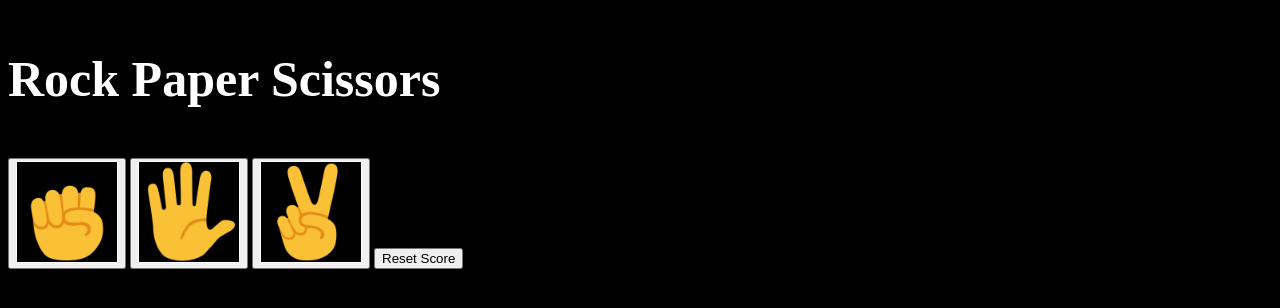
Repository: pgyunknown/Rock_paper_scissors-
Page: index.html
An editor plug-in stored every save of this project. The page is shown before and after a run of saves, followed by the edit.
The browser window is 1280 px wide. The pictures show the whole page.

Above is the page before, as saved 2024-08-30 17:02:24.

### index.html

<!DOCTYPE html>
<html>
  <head>
    <title>Rock Paper Scissors</title>
    <link rel="stylesheet" href="index.css">
  </head>
  <body>
    <p class="title">Rock Paper Scissors</p>
    <button onclick="
      playGame('rock');
    "><img src="images/rock-emoji.png" alt=""></button>

    <button onclick="
      playGame('paper');
    "><img src="images/paper-emoji.png" alt=""></button>

    <button onclick="
      playGame('scissors');
    "><img src="images/scissors-emoji.png" alt=""></button>

    <button onclick="
      score.wins = 0;
      score.losses = 0;
      score.ties = 0;
      localStorage.removeItem('score');
    ">Reset Score</button>

    <script src="index.js">

    </script>
  </body>
</html>

### index.css
body{
  background-color: black;
  color: white;
}
.title{
  font-size: 50px;
  font-weight: bold;
}

button img{
  height: 100px;
  width: 100px;
  background-color: black;
  border: 1px solid white;
}

### index.js
      let score = JSON.parse(localStorage.getItem('score')) || {
        wins: 0,
        losses: 0,
        ties: 0
      };

      function pickComputerMove() {
        const randomNumber = Math.random();

        let computerMove = '';

        if (randomNumber >= 0 && randomNumber < 1 / 3) {
          computerMove = 'rock';
        } else if (randomNumber >= 1 / 3 && randomNumber < 2 / 3) {
          computerMove = 'paper';
        } else if (randomNumber >= 2 / 3 && randomNumber < 1) {
          computerMove = 'scissors';
      }

        return computerMove;
      }
      function playGame(playerMove) {
        const computerMove = pickComputerMove();

        let result = '';

        if (playerMove === 'scissors') {
          if (computerMove === 'rock') {
            result = 'You lose.';
          } else if (computerMove === 'paper') {
            result = 'You win.';
          } else if (computerMove === 'scissors') {
            result = 'Tie.';
          }

        } else if (playerMove === 'paper') {
          if (computerMove === 'rock') {
            result = 'You win.';
          } else if (computerMove === 'paper') {
            result = 'Tie.';
          } else if (computerMove === 'scissors') {
            result = 'You lose.';
          }

        } else if (playerMove === 'rock') {
          if (computerMove === 'rock') {
            result = 'Tie.';
          } else if (computerMove === 'paper') {
            result = 'You lose.';
          } else if (computerMove === 'scissors') {
            result = 'You win.';
          }
        }

        if (result === 'You win.') {
          score.wins += 1;
        } else if (result === 'You lose.') {
          score.losses += 1;
        } else if (result === 'Tie.') {
          score.ties += 1;
        }

        localStorage.setItem('score', JSON.stringify(score));

        alert(`You picked ${playerMove}. Computer picked ${computerMove}. ${result}
Wins: ${score.wins}, Losses: ${score.losses}, Ties: ${score.ties}`);
      }

After the next 3 saves:
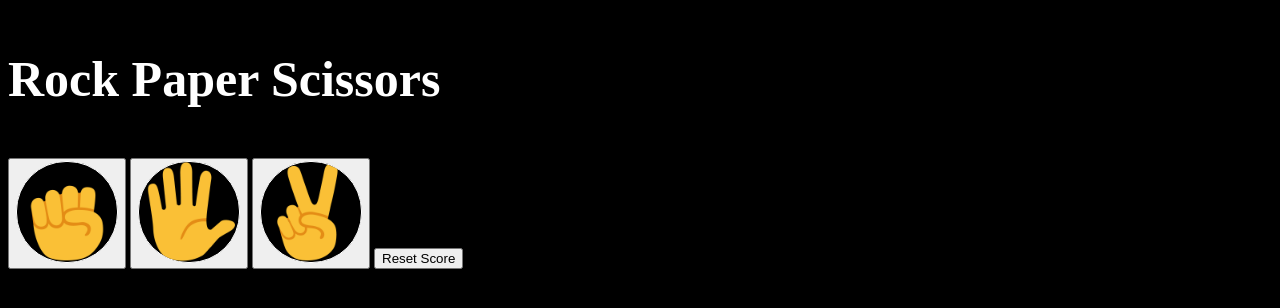
The 3 saves are shown as one change because they came seconds apart.
The last was saved 9 s later.
--- a/index.css
+++ b/index.css
@@ -12,4 +12,5 @@ button img{
   width: 100px;
   background-color: black;
   border: 1px solid white;
+  border-radius: 50px;
 }
